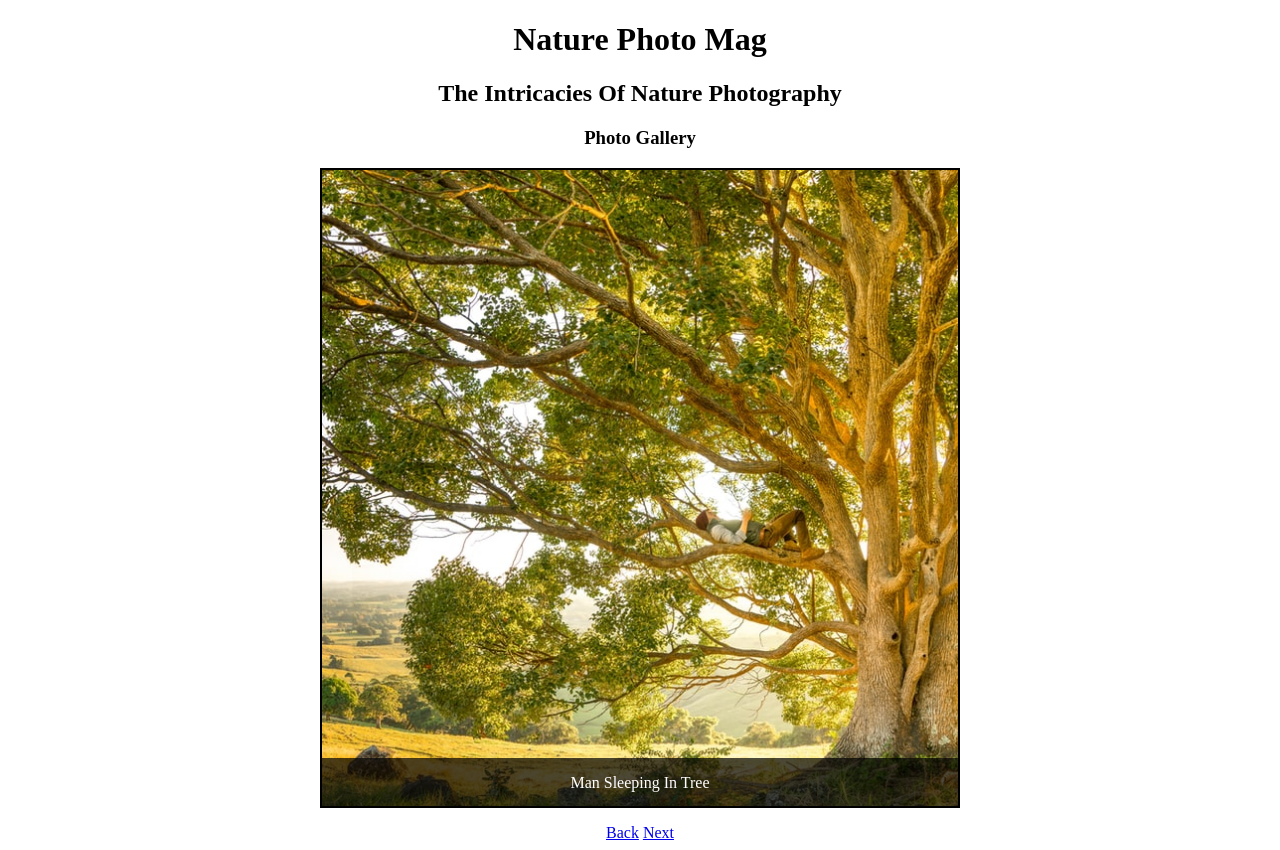
Repository: alexmaddux99/Image-Gallery
Page: index.html
The author's editor kept a copy of each file at every save. The page is drawn from the files as they stood at one save, then again after the next save.
The browser window is 1280 px wide. The pictures show the whole page.

Above is the page before, as saved 2022-03-08 13:39:25.

After the next save:
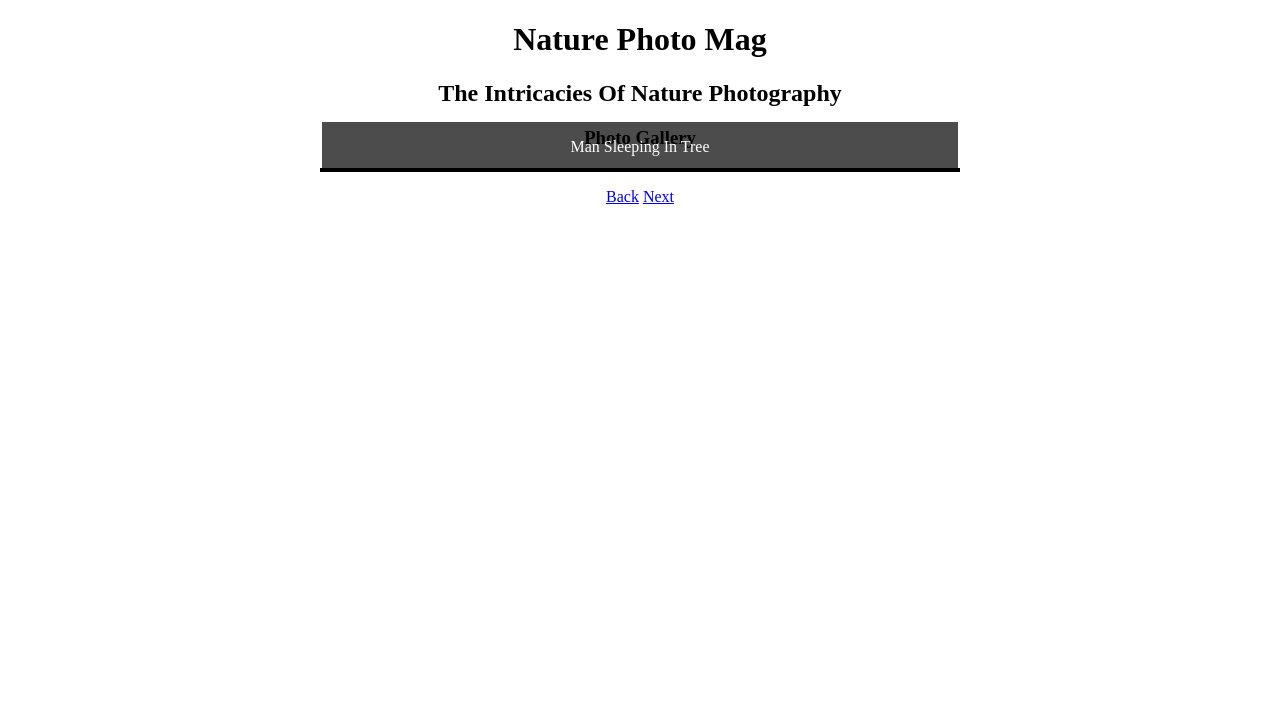
Saved 42 s later.
--- a/css/main.css
+++ b/css/main.css
@@ -16,7 +16,7 @@
   position:relative;
   max-width:640px;
   width: 100%;
-  height:640px;
+  height:100%;
   margin: 1rem auto;
 
 }

After the 3 saves that followed:
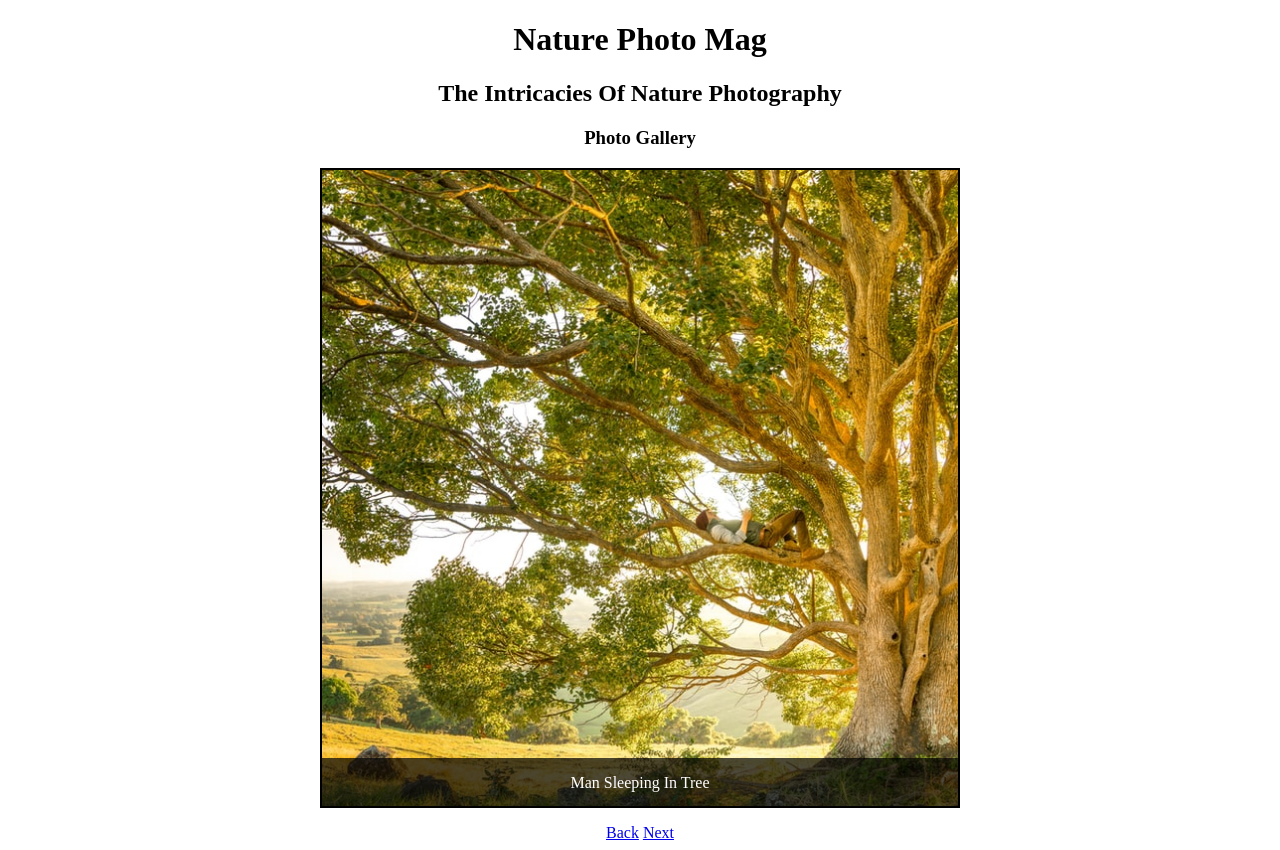
The 3 saves are shown as one change because 2 left the picture as it was.
The last was saved 21 s later.
--- a/css/main.css
+++ b/css/main.css
@@ -16,7 +16,7 @@
   position:relative;
   max-width:640px;
   width: 100%;
-  height:100%;
+  height:640px;
   margin: 1rem auto;
 
 }
